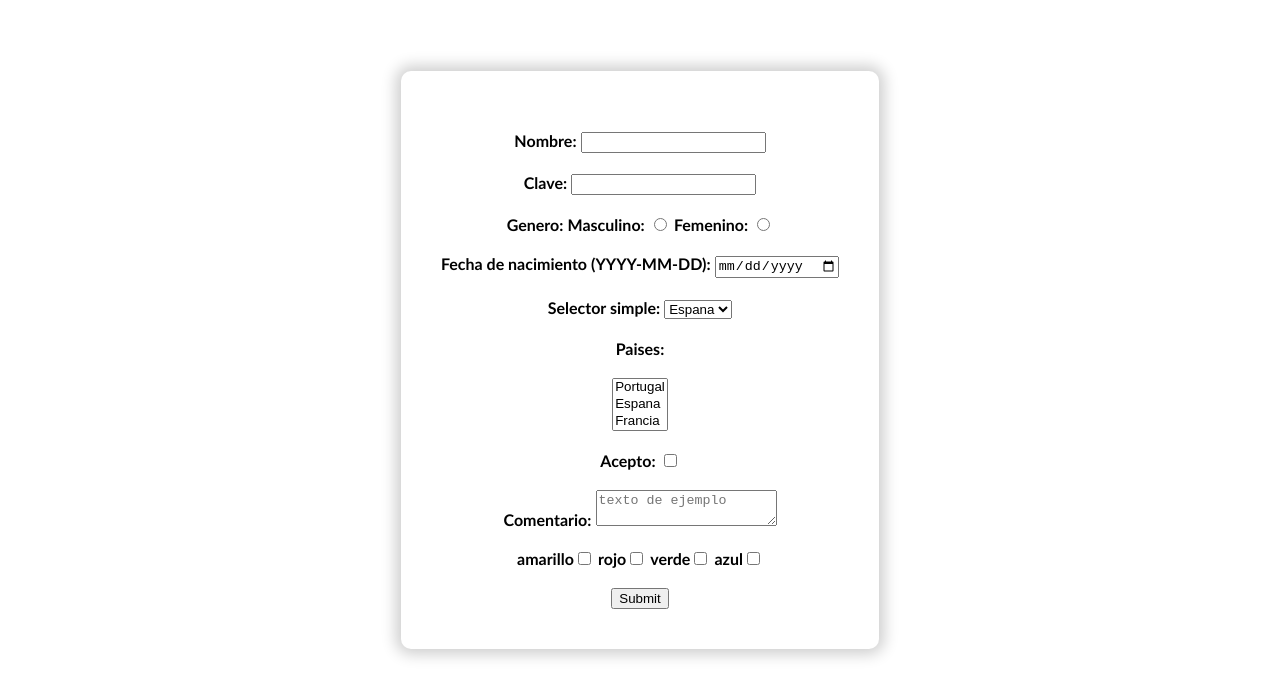
Repository: alvaroteja/ServidorJava
Page: http://localhost/12-EchoParametrosConArchivosJSP/
An editor plug-in stored every save of this project. The page is shown before and after the next save, followed by the edit.
The browser window is 1280 px wide. The pictures show the whole page.
The page is served by Tomcat 10. Other server files are loaded and not shown.

Above is the page before, as saved 2023-01-26 12:04:02.

### 12-EchoParametrosConArchivosJSP/src/main/webapp/formulario.jsp
<%@ page language="java" contentType="text/html; charset=UTF-8" pageEncoding="UTF-8" import="paqueteClases.Scriptlets ,paqueteClases.Datos"%>

<%
// Variables recuperadas
String nombre = (String) request.getAttribute("nombre");
nombre = nombre != null ? nombre : "";

String clave = (String) request.getAttribute("clave");
clave = clave != null ? clave : "";

String genero = (String) request.getAttribute("genero");
String generoMasculino = genero != null && genero.equals("masculino") ? "checked" : "";
String generoFemenino = genero != null && genero.equals("femenino") ? "checked" : "";

String FechaNacimiento = (String) request.getAttribute("FechaNacimiento");
FechaNacimiento = FechaNacimiento != null ? FechaNacimiento : "";

String selectorSimple = (String) request.getAttribute("selectorSimple");
selectorSimple = selectorSimple != null ? selectorSimple : "";

String[] pais = (String[]) request.getAttribute("pais");
pais = pais != null ? pais : new String[0];


String acepto = (String) request.getAttribute("acepto");
acepto = acepto != null && acepto.equals("on") ? "checked" : "";

String comentario = (String) request.getAttribute("comentario");
comentario = comentario != null ? comentario : "";

String oculto = (String) request.getAttribute("oculto");
oculto = oculto != null ? oculto : "";

String[] colores = (String []) request.getAttribute("colores");
colores = colores != null ? colores : new String[0];

String nombreValidacion = (String) request.getAttribute("nombreValidacion");
String claveValidacion = (String) request.getAttribute("claveValidacion");
String generoValidacion = (String) request.getAttribute("generoValidacion");
String FechaNacimientoValidacion = (String) request.getAttribute("FechaNacimientoValidacion");
String selectorSimpleValidacion = (String) request.getAttribute("selectorSimpleValidacion");
String paisValidacion = (String) request.getAttribute("paisValidacion");
String aceptoValidacion = (String) request.getAttribute("aceptoValidacion");
String comentarioValidacion = (String) request.getAttribute("comentarioValidacion");
String ocultoValidacion = (String) request.getAttribute("ocultoValidacion");
String coloresValidacion= (String) request.getAttribute("coloresValidacion");
%>

<!DOCTYPE html>
<html>
<head>
<meta charset="UTF-8">
<title>Insert title here</title>
<style>
body {
	margin: 0;
	width: 100vw;
	height: 100vh;
	display: flex;
	align-items: center;
	justify-content: center;
}

form {
	background-color: white;
	box-shadow: 0 0 15px 5px rgba(0, 0, 0, 0.2);
	padding: 40px;
	border-radius: 10px;
	text-align: center;
	font-family: "Gill Sans", "Gill Sans MT", Calibri, "Trebuchet MS",
		sans-serif;
}

form>* {
	margin-top: 20px;
}

label {
	display: inline-block;
	font-weight: bold;
}
</style>
</head>
<body>
	<form action="FormularioServlet" method="post">
		<label>Nombre:</label>
		<input type="text" name="nombre" value="<%=nombre%>" /> <br />
		<label>Clave:</label>
		<input type="password" name="clave" value="<%=clave%>" /> <br />
		<label>Genero:</label>
		<label>Masculino:</label>
		<input type="radio" name="genero" value="masculino" <%=generoMasculino%> />
		<label>Femenino:</label>
		<input type="radio" name="genero" value="femenino" <%=generoFemenino%> /> <br />
		<label>Fecha de nacimiento (YYYY-MM-DD):</label>
		<input type="date" name="FechaNacimiento" value="<%=FechaNacimiento%>"> <br />
		<label>Selector simple:</label>
		<!-- <select name="selectorSimple" >
			<option value="Espana" >Espana</option>
			<option value="Francia" >Francia</option>
			<option value="Italia" >Italia</option>
		</select> -->
		<%=Scriptlets.generaSelectSimple("selectorSimple", Datos.arrayValoresYEtiquetasSimple, selectorSimple)%>
		<br />
		<label>Paises:</label>
		<br />
		<!--  <select name="pais" id="pais" multiple>
			<option value="Portugal">Portugal</option>
			<option value="Espana">Espa�a</option>
			<option value="Francia">Francia</option>
			<option value="Italia">Italia</option>
		</select> -->
		<%=Scriptlets.generaSelectMultiple("pais", Datos.arrayValoresYEtiquetasMultiple, pais, 3)%>
		<br />
		<label>Acepto:</label>
		<input type="checkbox" name="acepto" <%=acepto%> /> <br />
		<label>Comentario:</label>
		<textarea name="comentario" placeholder="texto de ejemplo"><%=comentario%></textarea>
		<input type="hidden" name="oculto" value="aa" /><br />
		<!-- <label class="margen">colores:</label>
		<br />
		<label>amarillo:</label>
		<input type="checkbox" name="colores" value="amarillo" />
		<label>rojo:</label>
		<input type="checkbox" name="colores" value="rojo" />
		<label>verde:</label>
		<input type="checkbox" name="colores" value="verde" />
		<label>azul:</label>
		<input type="checkbox" name="colores" value="azul" /> -->
		<%=Scriptlets.generaArrayCajasChequeo("colores", Datos.arrayColores,colores)%>
		<br /> <input type="submit" />
	</form>
</body>
</html>

### 12-EchoParametrosConArchivosJSP/src/main/java/paqueteClases/Datos.java
package paqueteClases;

import java.util.LinkedHashMap;

public class Datos {
	public static LinkedHashMap<String, String> arrayValoresYEtiquetasSimple = new LinkedHashMap<String, String>() {
		{
			put("ES", "Espana");
			put("FR", "Francia");
			put("IT", "Italia");
		}
	};

	public static LinkedHashMap<String, String> arrayValoresYEtiquetasMultiple = new LinkedHashMap<String, String>() {
		{
			put("PR", "Portugal");
			put("ES", "Espana");
			put("FR", "Francia");
			put("IT", "Italia");
		}
	};

	public static LinkedHashMap<String, String> arrayColores = new LinkedHashMap<String, String>() {
		{
			put("AM", "amarillo");
			put("RO", "rojo");
			put("WE", "verde");
			put("Az", "azul");
		}
	};
}

### 12-EchoParametrosConArchivosJSP/src/main/java/paqueteClases/Scriptlets.java
package paqueteClases;
//package paqueteClases;

import java.io.IOException;
import java.io.PrintWriter;
import java.util.Iterator;
import java.util.LinkedHashMap;
import java.util.Map;

import jakarta.servlet.ServletException;
import jakarta.servlet.annotation.WebServlet;
import jakarta.servlet.http.HttpServlet;
import jakarta.servlet.http.HttpServletRequest;
import jakarta.servlet.http.HttpServletResponse;

public class Scriptlets {
	private static final long serialVersionUID = 1L;

	/*
	 * nombreControl: valor del atributo name de los radios arrayValoresYEtiquetas:
	 * array asociativo de pares (valor, etiqueta) para el atributo value de cada
	 * radio y para el label de cada radio valorSeleccionado: valor del atributo
	 * value del elemento seleccionado, si es vac�o no se selecciona ninguno
	 */
	public static String generaBotonesRadio(String nombreControl, Map<String, String> arrayValoresYEtiquetas,
			String valorSeleccionado) {
		String salida = "";
		Iterator<String> iteradorConjuntoClaves = arrayValoresYEtiquetas.keySet().iterator();
		while (iteradorConjuntoClaves.hasNext()) {
			String clave = iteradorConjuntoClaves.next();
			String valor = arrayValoresYEtiquetas.get(clave);
			if (valorSeleccionado.equals(clave)) {
				salida += "<label>" + valor + "</label><input type=\"radio\" name=\"" + nombreControl + "\" value=\""
						+ clave + "\" checked=\"checked\" />" + "\n";
			} else {
				salida += "<label>" + valor + "</label><input type=\"radio\" name=\"" + nombreControl + "\" value=\""
						+ clave + "\" />" + "\n";
			}
		}
		return salida;
	}

	/*
	 * arrayValoresYEtiquetas: array asociativo de pares (valor, etiqueta) para el
	 * atributo value de cada checkbox y para el nombre y label de cada checkbox
	 * valoresSeleccionados: un array de valores que son los value de los ckeckbox
	 * seleccionados
	 */
	public static String generaCajasChequeo(Map<String, String> arrayValoresYEtiquetas, String[] valoresSeleccionados) {
		String salida = "";
		int numerovaloresSeleccionados = valoresSeleccionados.length; // cuantos valores seleccionados se han recibido
		if (numerovaloresSeleccionados > 0) { // hay alg�n valor seleccionado
			int contadorValoresSeleccionados = 0; // cu�ntos valores seleccionados ya se han recorrido
			Iterator<String> iteradorConjuntoClaves = arrayValoresYEtiquetas.keySet().iterator();
			while (iteradorConjuntoClaves.hasNext()) {
				String clave = iteradorConjuntoClaves.next();
				String valor = arrayValoresYEtiquetas.get(clave);
				if ((contadorValoresSeleccionados < numerovaloresSeleccionados)
						&& (valoresSeleccionados[contadorValoresSeleccionados].equals(clave))) {
					salida += "<label>" + valor + "</label><input type=\"checkbox\" name=\"" + valor + "\" value=\""
							+ clave + "\" checked=\"checked\" />" + "\n";
					contadorValoresSeleccionados++;
				} else {
					salida += "<label>" + valor + "</label><input type=\"checkbox\" name=\"" + valor + "\" value=\""
							+ clave + "\" />" + "\n";
				}
			}
		} else {
			Iterator<String> iteradorConjuntoClaves = arrayValoresYEtiquetas.keySet().iterator();
			while (iteradorConjuntoClaves.hasNext()) {
				String clave = iteradorConjuntoClaves.next();
				String valor = arrayValoresYEtiquetas.get(clave);
				salida += "<label>" + valor + "</label><input type=\"checkbox\" name=\"" + valor + "\" value=\"" + clave
						+ "\" />" + "\n";
			}
		}
		return salida;
	}

	/*
	 * arrayValoresYEtiquetas: array asociativo de pares (valor, etiqueta) para el
	 * atributo value de cada checkbox y para el nombre y label de cada checkbox
	 * valoresSeleccionados: un array de valores que son los value de los ckeckbox
	 * seleccionados
	 */
	public static String generaArrayCajasChequeo(String nombreControl, Map<String, String> arrayValoresYEtiquetas,
			String[] valoresSeleccionados) {
		String salida = "";
		int numerovaloresSeleccionados = valoresSeleccionados.length; // cu�ntos valores seleccionados se han recibido
		if (numerovaloresSeleccionados > 0) { // hay alg�n valor seleccionado
			int contadorValoresSeleccionados = 0; // cu�ntos valores seleccionados ya se han recorrido
			Iterator<String> iteradorConjuntoClaves = arrayValoresYEtiquetas.keySet().iterator();
			while (iteradorConjuntoClaves.hasNext()) {
				String clave = iteradorConjuntoClaves.next();
				String valor = arrayValoresYEtiquetas.get(clave);
				if ((contadorValoresSeleccionados < numerovaloresSeleccionados)
						&& (valoresSeleccionados[contadorValoresSeleccionados].equals(clave))) {
					salida += "<label>" + valor + "</label><input type=\"checkbox\" name=\"" + nombreControl
							+ "\" value=\"" + clave + "\" checked=\"checked\" />" + "\n";
					contadorValoresSeleccionados++;
				} else {
					salida += "<label>" + valor + "</label><input type=\"checkbox\" name=\"" + nombreControl
							+ "\" value=\"" + clave + "\" />" + "\n";
				}
			}
		} else {
			Iterator<String> iteradorConjuntoClaves = arrayValoresYEtiquetas.keySet().iterator();
			while (iteradorConjuntoClaves.hasNext()) {
				String clave = iteradorConjuntoClaves.next();
				String valor = arrayValoresYEtiquetas.get(clave);
				salida += "<label>" + valor + "</label><input type=\"checkbox\" name=\"" + nombreControl + "\" value=\""
						+ clave + "\" />" + "\n";
			}
		}
		return salida;
	}

	/*
	 * nombreControl: valor del atributo name del select arrayValoresYTextos: array
	 * asociativo de pares (valor, texto) para el atributo value de cada option y
	 * para el texto de cada otion valorSeleccionado: value del option seleccionado
	 */
	public static String generaSelectSimple(String nombreControl, Map<String, String> arrayValoresYTextos,
			String valorSeleccionado) {
		String salida = "";
		salida += "<select name=\"" + nombreControl + "\">" + "\n";
		Iterator<String> iteradorConjuntoClaves = arrayValoresYTextos.keySet().iterator();
		while (iteradorConjuntoClaves.hasNext()) {
			String clave = iteradorConjuntoClaves.next();
			String valor = arrayValoresYTextos.get(clave);
			if (valorSeleccionado.equals(clave)) {
				salida += "  <option value=\"" + clave + "\" selected=\"selected\">" + valor + "</option>" + "\n";
			} else {
				salida += "  <option value=\"" + clave + "\">" + valor + "</option>" + "\n";
			}
		}
		salida += "</select>" + "\n";
		return salida;
	}

	/*
	 * nombreControl: valor del atributo name del select arrayValoresYTextos: array
	 * asociativo de pares (valor, texto) para el atributo value de cada option y
	 * para el texto de cada otion valoresSeleccionados: un array de valores, los
	 * value de los option seleccionados opcionesVisibles: n�mero de opciones
	 * visibles del select m�ltiple
	 */
	public static String generaSelectMultiple(String nombreControl, Map<String, String> arrayValoresYTextos,
			String[] valoresSeleccionados, int opcionesVisibles) {
		String salida = "";
		salida += "<select name=\"" + nombreControl + "\" multiple=\"multiple\" size=\"" + opcionesVisibles + "\">"
				+ "\n";
		int contadorValoresSeleccionados = 0; // cu�ntos valores seleccionados ya se han recorrido
		int numeroValoresSeleccionados = valoresSeleccionados.length; // cu�ntos valores seleccionados se han recibido
		Iterator<String> iteradorConjuntoClaves = arrayValoresYTextos.keySet().iterator();
		while (iteradorConjuntoClaves.hasNext()) {
			String clave = iteradorConjuntoClaves.next();
			String valor = arrayValoresYTextos.get(clave);
			if ((contadorValoresSeleccionados < numeroValoresSeleccionados)
					&& (valoresSeleccionados[contadorValoresSeleccionados].equals(clave))) {
				salida += "  <option value=\"" + clave + "\" selected=\"selected\">" + valor + "</option>" + "\n";
				contadorValoresSeleccionados++;
			} else {
				salida += "  <option value=\"" + clave + "\">" + valor + "</option>" + "\n";
			}
		}
		salida += "</select>" + "\n";
		return salida;
	}

}

After the next save:
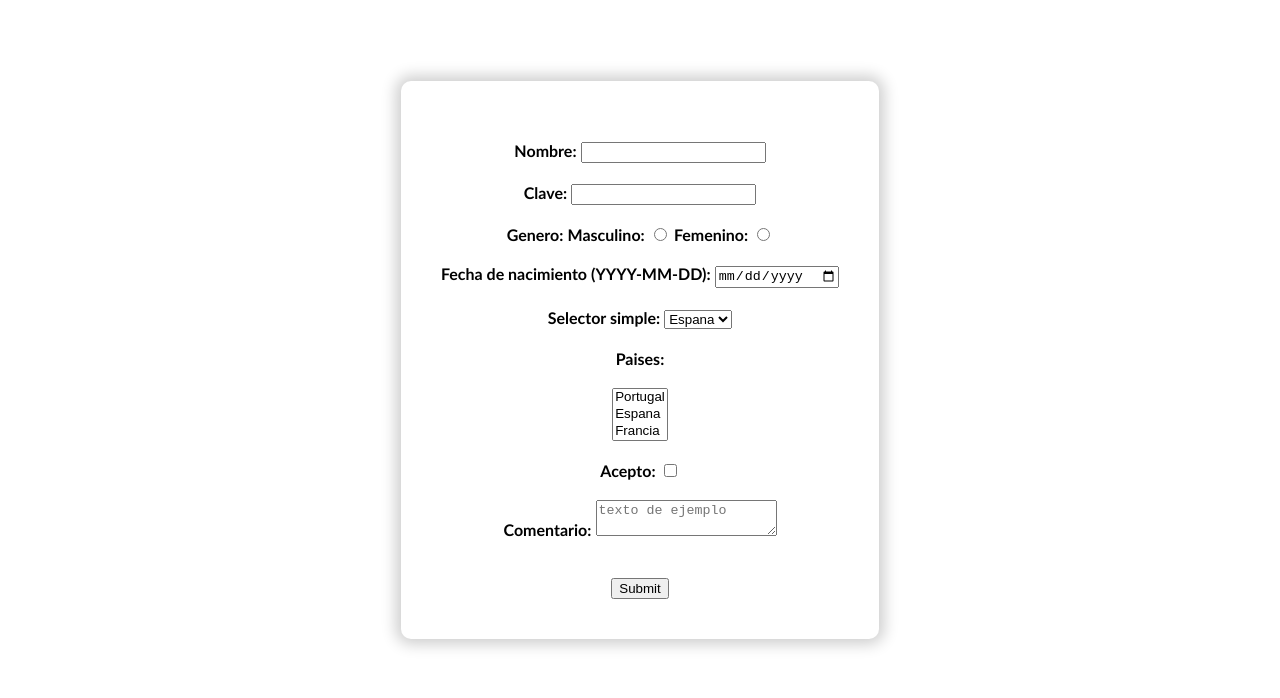
Saved 55 s later.
--- a/12-EchoParametrosConArchivosJSP/src/main/webapp/formulario.jsp
+++ b/12-EchoParametrosConArchivosJSP/src/main/webapp/formulario.jsp
@@ -127,7 +127,7 @@ label {
 		<input type="checkbox" name="colores" value="verde" />
 		<label>azul:</label>
 		<input type="checkbox" name="colores" value="azul" /> -->
-		<%=Scriptlets.generaArrayCajasChequeo("colores", Datos.arrayColores,colores)%>
+		<%-- <%=Scriptlets.generaArrayCajasChequeo("colores", Datos.arrayColores,colores)%> --%>
 		<br /> <input type="submit" />
 	</form>
 </body>
